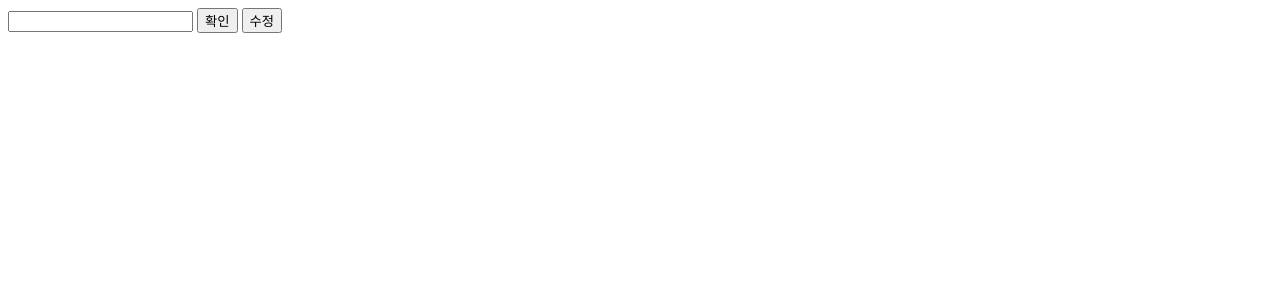
Repository: sh91c/jsp
Page: http://localhost/Servlet01_200713/01_test/hello.jsp
An editor plug-in stored every save of this project. The page is shown before and after the next save, followed by the edit.
The browser window is 1280 px wide. The pictures show the whole page.
The page is served by Tomcat 9. Other server files are loaded and not shown.

Above is the page before, as saved 2020-07-13 00:50:10.

### Servlet01_200713/WebContent/01_test/hello.jsp
<%@ page language="java" contentType="text/html; charset=UTF-8"
    pageEncoding="UTF-8"%>
<!DOCTYPE html>
<html>
<head>
<meta charset="UTF-8">
<title>Insert title here</title>
</head>
<body>
	<form name="frmTest" action="../hi" method="POST">
		<input type="text" name="id" />
		<input type="submit" name="btn1" value="확인" />
		<input type="button" name="btn2"value="수정" />
	</form>
	<!-- <a href="../hi">Hello World</a> -->
</body>
</html>

After the next save:
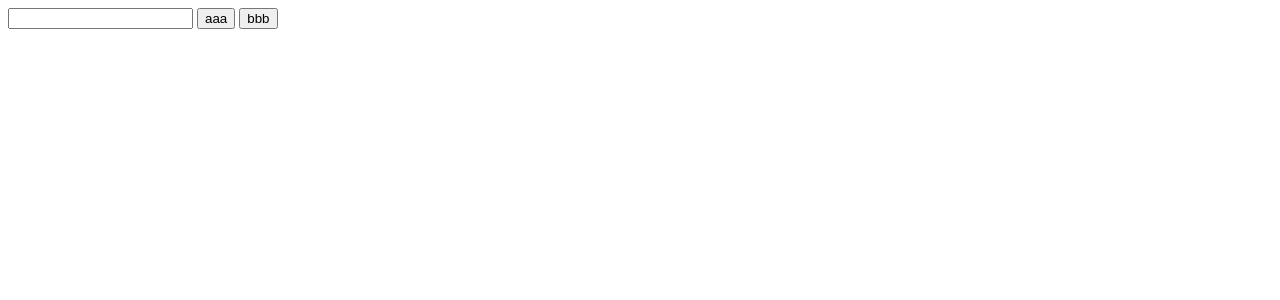
Saved 37 s later.
--- a/Servlet01_200713/WebContent/01_test/hello.jsp
+++ b/Servlet01_200713/WebContent/01_test/hello.jsp
@@ -9,8 +9,8 @@
 <body>
 	<form name="frmTest" action="../hi" method="POST">
 		<input type="text" name="id" />
-		<input type="submit" name="btn1" value="확인" />
-		<input type="button" name="btn2"value="수정" />
+		<input type="submit" name="btn1" value="aaa" />
+		<input type="submit" name="btn2"value="bbb" />
 	</form>
 	<!-- <a href="../hi">Hello World</a> -->
 </body>
